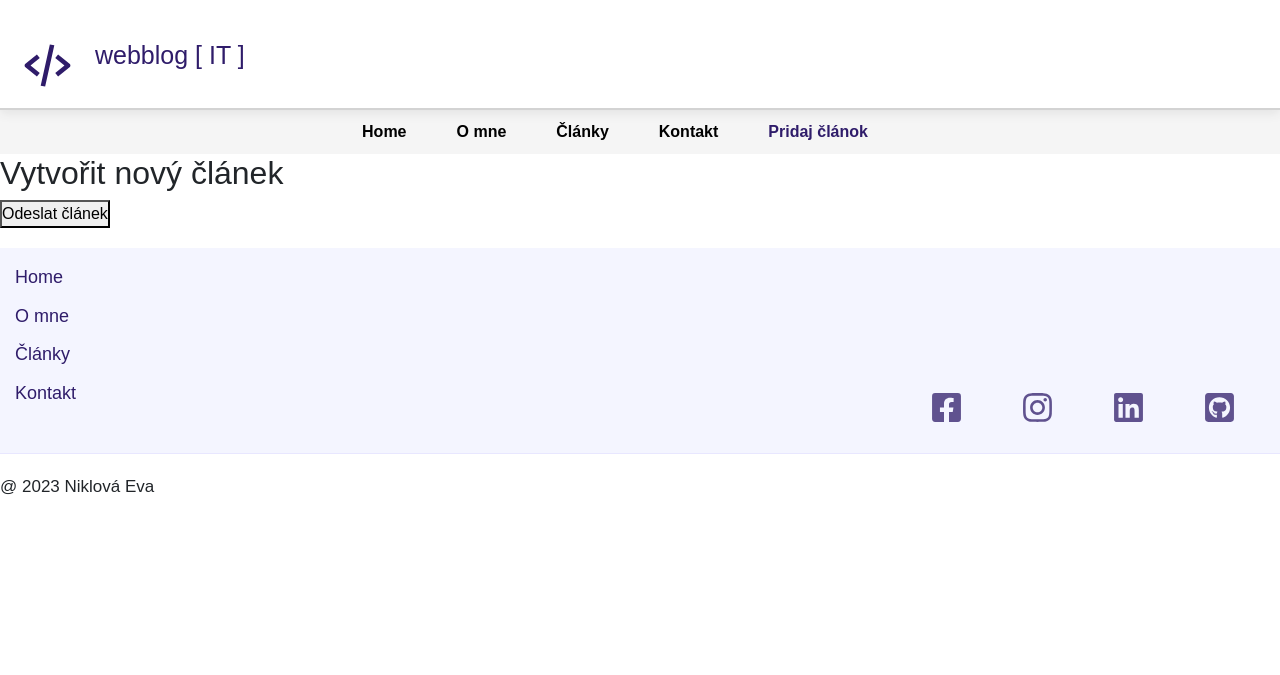
Repository: eniklova/github-bl
Page: /newarticel
The author's editor kept a copy of each file at every save. The page is drawn from the files as they stood at one save, then again after a run of saves.
The browser window is 1280 px wide. The pictures show the whole page.
Some web fonts or font styles are not loaded; a fallback is used. The project was rebuilt for these pictures with package versions that can differ from the ones it lists, and the page was loaded fresh each time. Also part of the build but not shown: src/components/ArticleList.js, src/components/HeroSlider.css, src/components/HeroSlider.js, src/pages/Home.js, src/pages/Aboutme.js, src/pages/Articles.js, src/pages/Kontakt.js, src/pages/Error.js.

Above is the page before, as saved 2023-10-23 10:57:13.

After the next 2 saves:
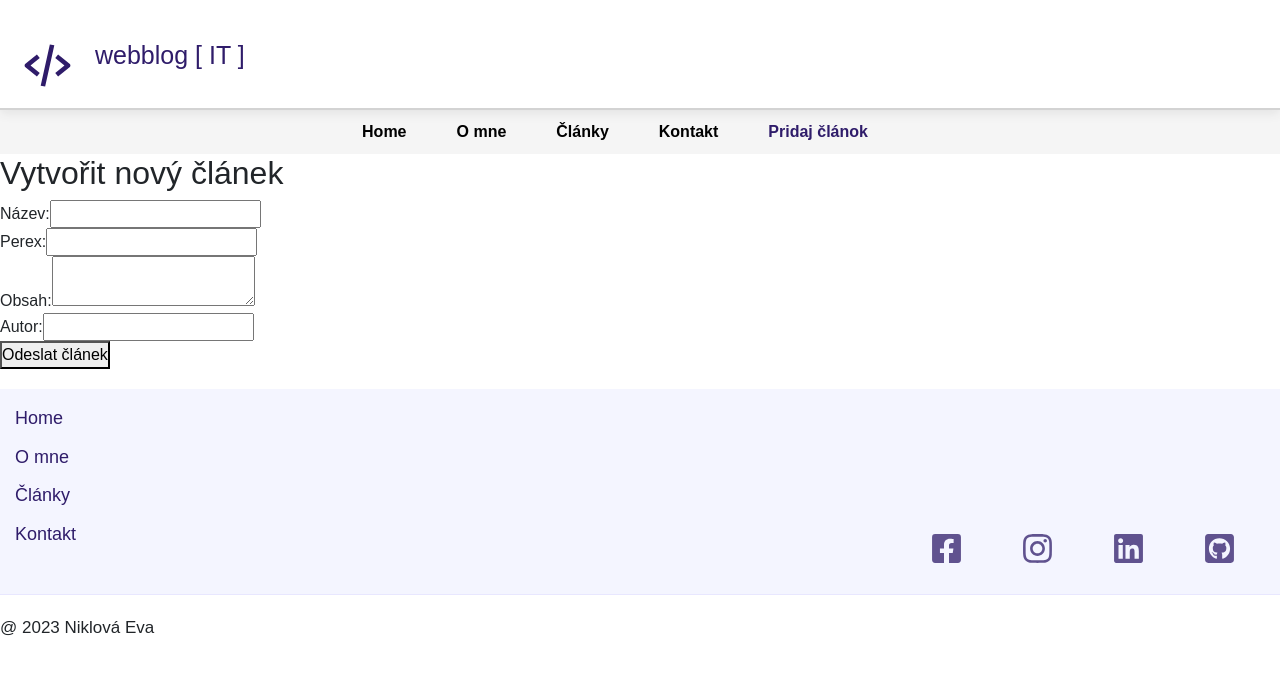
The 2 saves are shown as one change because 1 did not build or start.
The last was saved 42 s later.
--- a/src/components/ArticleForm.js
+++ b/src/components/ArticleForm.js
@@ -7,12 +7,9 @@ function ArticleForm() {
     perex: "",
     content: "",
     author: "",
-    published_at: null,
-  };
+    };
   const [formData, setFormData] = useState({ ...initialFormData });
   const [submitMessage, setSubmitMessage] = useState("");
-  const [validationErrors, setValidationErrors] = useState({});
-  const [allFieldsFilled, setAllFieldsFilled] = useState(false);
 
   const handleChange = (e) => {
     const { name, value } = e.target;
@@ -28,76 +25,83 @@ function ArticleForm() {
     console.log("Data z formuláře:", formData);
 
     // Validace dat před odesláním na server
-    const errors = validateFormData(formData);
-    const fieldsFilled = checkFieldsFilled(formData);
-
-    if (Object.keys(errors).length === 0 && fieldsFilled) {
+    if (validateFormData(formData)) {
       try {
         await createArticle(formData);
         setSubmitMessage("Článek byl úspěšně odeslán!");
-        setValidationErrors({});
+        // Vymazání dat z formuláře po úspěšném odeslání
         setFormData({ ...initialFormData });
       } catch (error) {
         console.error("Chyba při vytváření článku:", error);
         setSubmitMessage("Chyba při odesílání článku");
       }
     } else {
-      setValidationErrors(errors);
-
-      if (!fieldsFilled) {
-        setSubmitMessage("Chyba: Všechna pole musí být vyplněna.");
-      } else {
-        setSubmitMessage("Chyba: Neplatná data.");
-      }
+      setSubmitMessage("Chyba: Neplatná data");
     }
   };
 
+  // Funkce pro validaci dat
   const validateFormData = (data) => {
-    const errors = {};
-
-    if (!data.title) {
-      errors.title = "Název článku je povinný.";
-    } else if (data.title.length > 255) {
-      errors.title = "Název článku nesmí být delší než 255 znaků.";
+    if (
+      data.title.length > 0 &&
+      data.title.length <= 255 &&
+      data.perex.length > 0 &&
+      data.perex.length <= 255 &&
+      data.author.length > 0 &&
+      data.author.length <= 255
+    ) {
+      return true;
     }
-
-    if (!data.perex) {
-      errors.perex = "Perex článku je povinný.";
-    } else if (data.perex.length > 255) {
-      errors.perex = "Perex článku nesmí být delší než 255 znaků.";
-    }
-
-    if (!data.author) {
-      errors.author = "Autor článku je povinný.";
-    } else if (data.author.length > 255) {
-      errors.author = "Autor článku nesmí být delší než 255 znaků.";
-    }
-
-    return errors;
-  };
-
-  const checkFieldsFilled = (data) => {
-    return (
-      data.title.length > 0 &&
-      data.perex.length > 0 &&
-      data.author.length > 0 &&
-      data.content.length > 0
-    );
+    return false;
   };
 
   return (
     <div>
       <h2>Vytvořit nový článek</h2>
       <form onSubmit={handleSubmit}>
-        {/* Vstupní pole pro název, perex, obsah, autora a datum publikace */}
+        <div>
+          <label htmlFor="title">Název:</label>
+          <input
+            type="text"
+            id="title"
+            name="title"
+            value={formData.title}
+            onChange={handleChange}
+          />
+        </div>
+        <div>
+          <label htmlFor="perex">Perex:</label>
+          <input
+            type="text"
+            id="perex"
+            name="perex"
+            value={formData.perex}
+            onChange={handleChange}
+          />
+        </div>
+        <div>
+          <label htmlFor="content">Obsah:</label>
+          <textarea
+            id="content"
+            name="content"
+            value={formData.content}
+            onChange={handleChange}
+          />
+        </div>
+        <div>
+          <label htmlFor="author">Autor:</label>
+          <input
+            type="text"
+            id="author"
+            name="author"
+            value={formData.author}
+            onChange={handleChange}
+          />
+        </div>
+
+
         <button type="submit">Odeslat článek</button>
       </form>
-
-      {Object.keys(validationErrors).map((fieldName) => (
-        <p key={fieldName} style={{ color: "red" }}>
-          {validationErrors[fieldName]}
-        </p>
-      ))}
 
       {submitMessage && <p>{submitMessage}</p>}
     </div>
